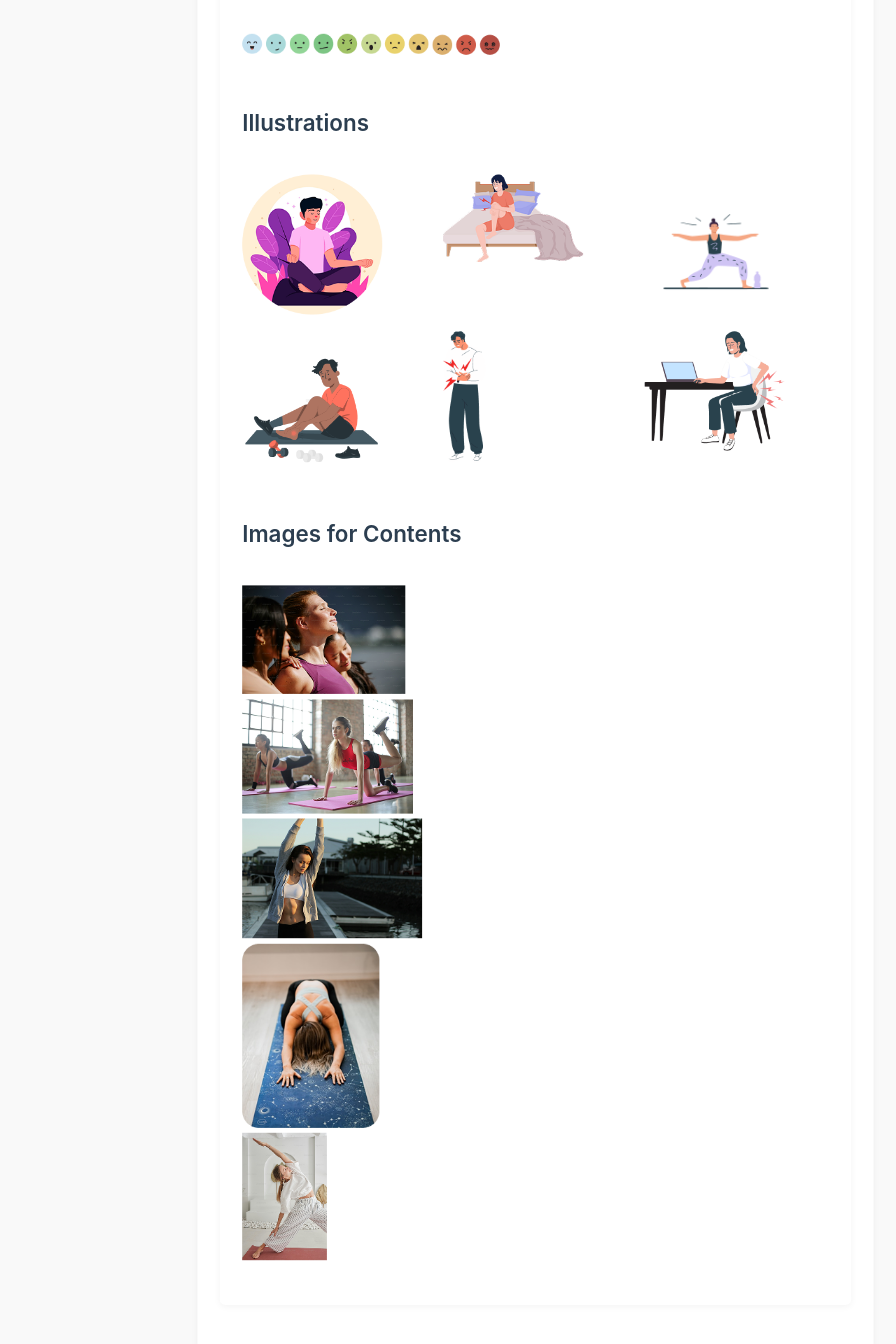
Repository: rosielee09/Heal_U
Page: graphics.html
An editor plug-in stored every save of this project. The page is shown before and after the next save, followed by the edit.
The browser window is 1280 px wide. The pictures show the part of the page from y = 2595 to 4515 px (the page is 4588 px tall before and 5272 px after), at 70% of full size.

Above is the page before, as saved 2025-04-03 22:19:20.

After the next save:
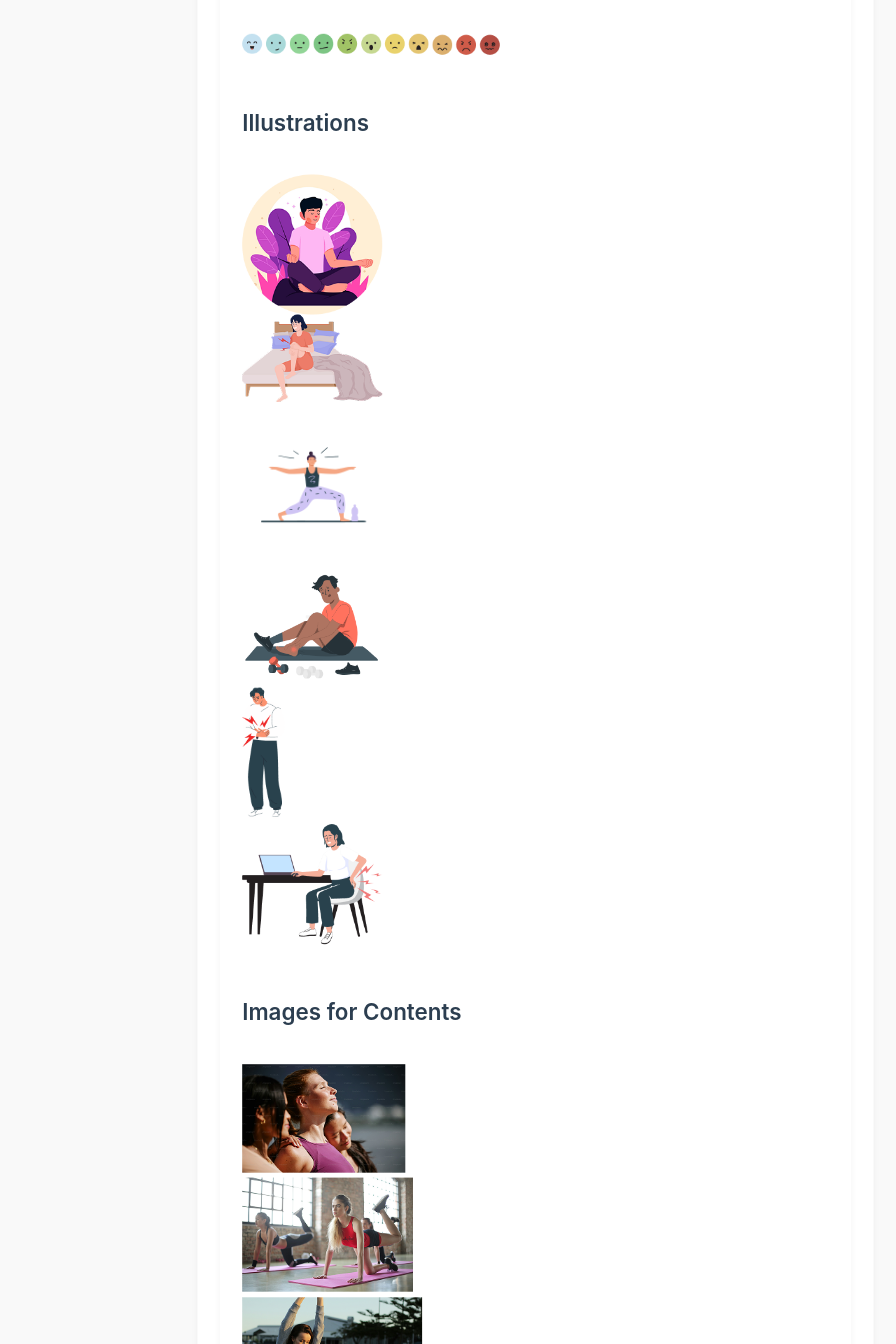
Saved 10 s later.
--- a/styles.css
+++ b/styles.css
@@ -258,7 +258,8 @@ body {
 
 
 /* section illustrations */
-.graphic-grid-illustrations{
+.graphic-grid-illustrations
+.graphic-grid-images{
     display: grid;
     grid-template-columns: repeat(3, 1fr);
     gap: 1.5rem;
